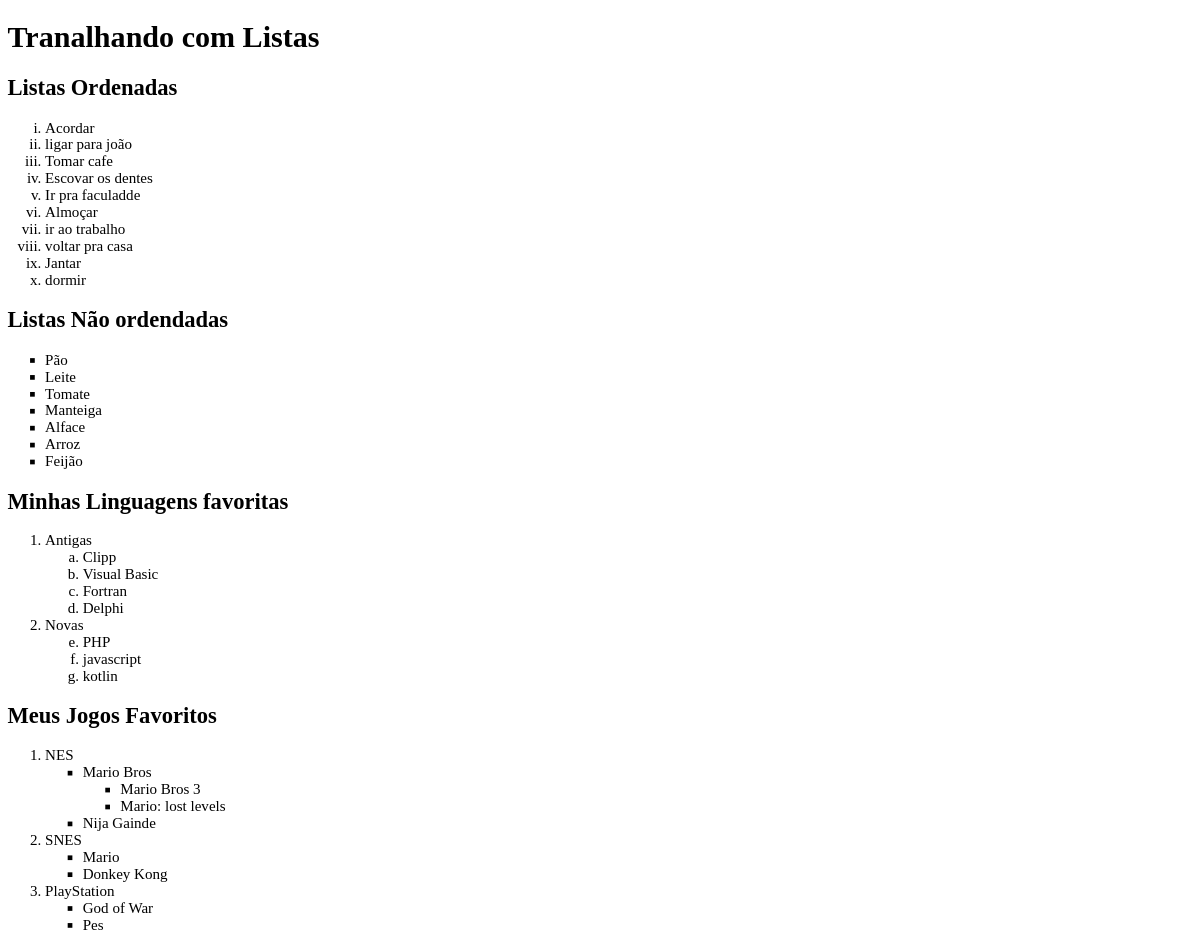
Repository: pheonix5/Estudo
Page: html-css/exercicios/ex009/index.html
The author's editor kept a copy of each file at every save. The page is drawn from the files as they stood at one save, then again after the next save.
The browser window is 1280 px wide. The pictures show the whole page, at 94% of full size.

Above is the page before, as saved 2023-08-01 22:42:52.

### html-css/exercicios/ex009/index.html
<!DOCTYPE html>
<html lang="pt-br">

<head>
    <meta charset="UTF-8">
    <meta name="viewport" content="width=device-width, initial-scale=1.0">
    <title>Listas</title>
</head>

<body>
    <h1>Tranalhando com Listas</h1>
    <h2>Listas Ordenadas</h2>

    <ol type="i"> <!-- 1 A a I i -->
        <li>Acordar</li>
        <li>ligar para joão</li>
        <li>Tomar cafe</li>
        <li>Escovar os dentes</li>
        <li>Ir pra faculadde</li>
        <li>Almoçar</li>
        <li>ir ao trabalho</li>
        <li>voltar pra casa</li>
        <li>Jantar</li>
        <li>dormir</li>
    </ol>

    <h2>Listas Não ordendadas</h2>
    <ul type="square"> <!-- disc circle square -->
        <li>Pão</li>
        <li>Leite</li>
        <li>Tomate</li>
        <li>Manteiga</li>
        <li>Alface</li>
        <li>Arroz</li>
        <li>Feijão</li>
    </ul>

    <h2>Minhas Linguagens favoritas </h2>
    <ol>
        <li>Antigas</li>
        <ol type="a">
            <li>Clipp</li>
            <li>Visual Basic</li>
            <li>Fortran</li>
            <li>Delphi</li>
        </ol>
        <li>Novas</li>
        <ol type="a" start="5">
            <li>PHP</li>
            <li>javascript</li>
            <li>kotlin</li>
        </ol>
    </ol>

    <h2>Meus Jogos Favoritos </h2>
    <ol>
        <li>NES</li>
        <ul type="square">
            <li>Mario Bros</li>
            <ul type="square">
                <li>Mario Bros 3</li>
                <li>Mario: lost levels</li>
            </ul>
            <li>Nija Gainde</li>
        </ul>
        <li>SNES</li>
        <ul type="square">
            <li>Mario</li>
            <li>Donkey Kong</li>
        </ul>
        <li>PlayStation</li>
        <ul type="square">
            <li>God of War</li>
            <li>Pes</li>
        </ul>
    </ol>

</html>

After the next save:
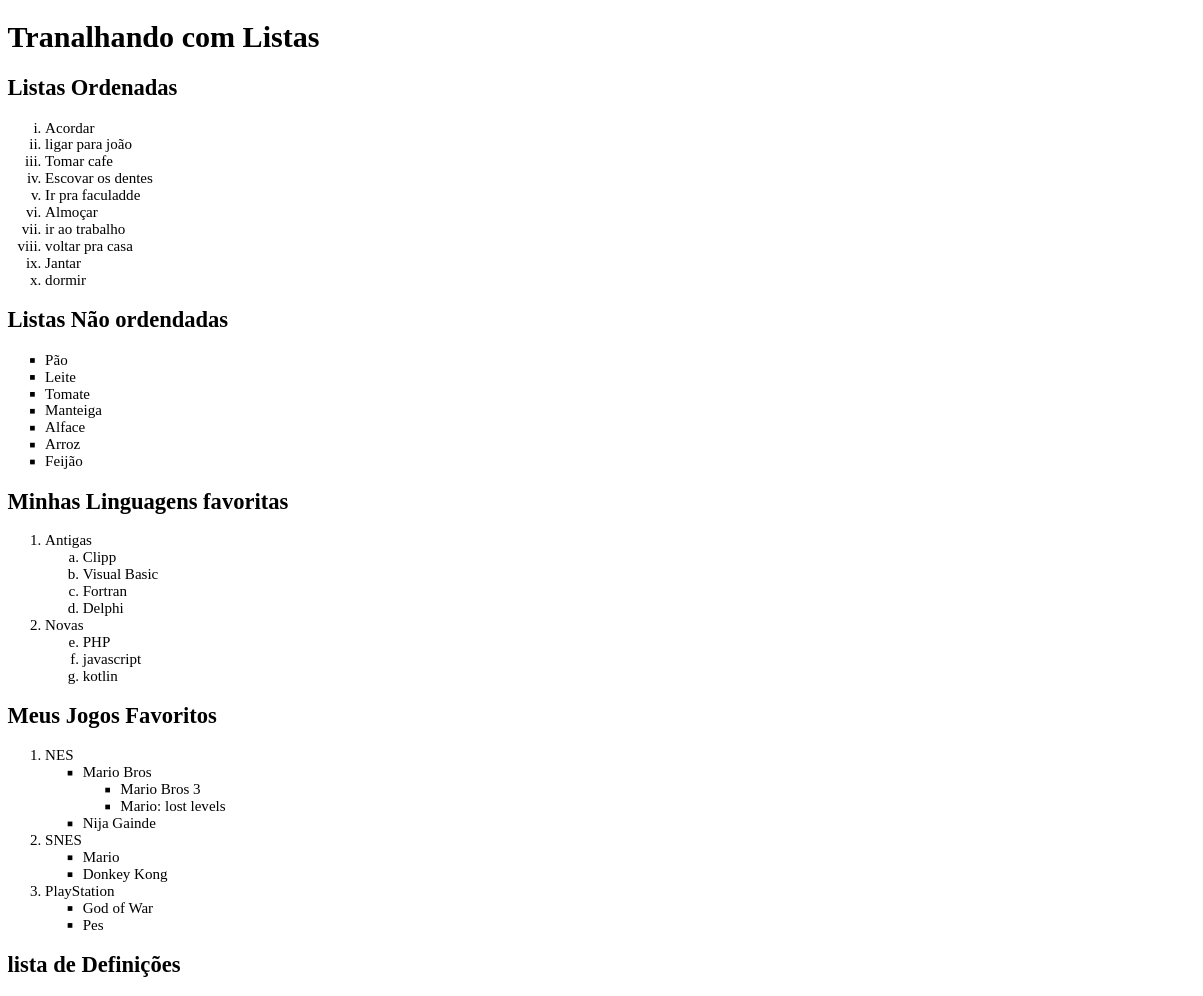
Saved 30 s later.
--- a/html-css/exercicios/ex009/index.html
+++ b/html-css/exercicios/ex009/index.html
@@ -75,4 +75,5 @@
         </ul>
     </ol>
 
+    <h2>lista de Definições</h2>
 </html>
